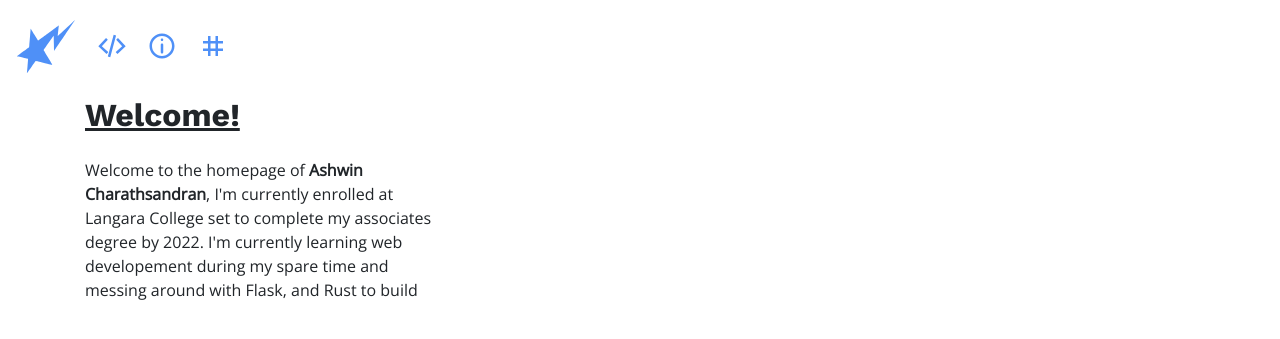
Repository: xxiz/ashwin.lol_flask
Page: http://localhost/
An editor plug-in stored every save of this project. The page is shown before and after the next save, followed by the edit.
The browser window is 1280 px wide. The pictures show the whole page.
The page is served by the project's application, run on Flask 3 (app.py).

Above is the page before, as saved 2021-08-31 17:22:27.

### templates/index.html
{% extends 'base.html'%}
{% block content %}
    <h1>Welcome!</h1>
    <p class="confined">Welcome to the homepage of <b>Ashwin Charathsandran</b>, I'm currently enrolled at Langara College set to complete my associates degree by 2022. I'm currently learning web developement during my spare time and messing around with Flask, and Rust to build </p>
{% endblock %}

### templates/base.html
<!DOCTYPE html>
<html lang="en">
<head>
    <meta charset="UTF-8">
    <meta http-equiv="X-UA-Compatible" content="IE=edge">
    <meta name="viewport" content="width=device-width, initial-scale=1.0">
    <meta name="viewport" content="width=device-width, initial-scale=1">
    <link rel="stylesheet" href="https://stackpath.bootstrapcdn.com/bootstrap/4.1.3/css/bootstrap.min.css" integrity="sha384-MCw98/SFnGE8fJT3GXwEOngsV7Zt27NXFoaoApmYm81iuXoPkFOJwJ8ERdknLPMO" crossorigin="anonymous">
    <link href='https://css.gg/home-alt.css' rel='stylesheet'>
    <link rel="stylesheet" href="static/app.css">
    <title>{{ title }}</title>
</head>
<body>
  <header>
    <nav>
      <!-- SVG's provided by https://css.gg/ and https://www.pinterest.ca/pin/502432902151236766/
           these images are not mine and I simply modified them.
      -->
      <a class="logo" href="/">
        <svg id="svg" xmlns="http://www.w3.org/2000/svg" xmlns:xlink="http://www.w3.org/1999/xlink" viewBox="0, 0, 400,400"><g id="svgg"><path id="path0" d="M375.404 43.010 C 366.024 51.806,347.525 69.114,334.297 81.472 C 321.068 93.829,303.241 110.484,294.681 118.483 C 286.121 126.482,278.911 132.820,278.658 132.567 C 278.241 132.149,284.716 69.460,285.588 65.478 C 285.791 64.550,285.639 63.790,285.251 63.790 C 284.648 63.790,260.992 80.890,237.523 98.291 C 227.623 105.631,148.371 163.243,147.334 163.854 C 146.751 164.197,138.491 151.049,123.021 125.151 C 98.113 83.455,97.570 82.612,97.546 85.580 C 97.537 86.597,97.035 93.171,96.430 100.188 C 95.824 107.205,94.649 121.220,93.817 131.332 C 92.986 141.445,91.633 157.655,90.811 167.355 C 89.989 177.054,88.915 190.160,88.425 196.477 C 87.935 202.795,87.173 208.400,86.731 208.934 C 85.375 210.573,15.246 261.837,10.457 264.690 C 7.982 266.164,6.052 267.463,6.168 267.576 C 6.284 267.690,11.276 268.981,17.261 270.446 C 58.961 280.654,79.884 285.969,80.349 286.471 C 80.645 286.792,79.104 308.161,76.923 333.959 C 74.743 359.756,73.037 380.949,73.132 381.055 C 73.227 381.161,86.102 363.134,101.743 340.997 C 117.384 318.859,130.527 300.273,130.950 299.695 C 131.591 298.819,138.848 300.405,174.490 309.212 C 232.789 323.618,241.800 325.782,242.458 325.539 C 242.770 325.423,229.838 303.377,213.719 276.548 C 197.601 249.719,184.258 227.206,184.069 226.520 C 183.768 225.431,245.875 136.802,249.908 132.565 C 251.796 130.581,252.035 135.511,252.617 188.555 C 252.883 212.805,253.310 232.629,253.567 232.609 C 253.824 232.589,259.323 224.737,265.789 215.160 C 272.254 205.584,296.196 170.394,318.994 136.961 C 341.791 103.527,364.809 69.756,370.144 61.914 C 375.479 54.071,383.015 43.011,386.889 37.336 C 390.764 31.660,393.603 27.017,393.197 27.017 C 392.792 27.017,384.785 34.214,375.404 43.010 " stroke="none" fill="#4f90f7" fill-rule="evenodd"></path></g></svg></a>
      <a href="/projects"><?xml version="1.0" encoding="UTF-8"?><svg viewBox="0 0 24 24" xmlns="http://www.w3.org/2000/svg"><path d="m13.325 3.0501-4.6576 17.382 1.9319 0.5176 4.6575-17.382-1.9318-0.51764z" fill="currentColor"/><path d="m7.612 18.361 1.3594-1.4484-5e-4 -0.0191-5.0943-4.7812 4.7904-5.1041-1.4583-1.3687-6.1591 6.5624 6.5624 6.1591z" fill="currentColor"/><path d="m16.388 18.361-1.3594-1.4484 5e-4 -0.0191 5.0943-4.7812-4.7904-5.1041 1.4583-1.3687 6.1591 6.5624-6.5624 6.1591z" fill="currentColor"/></svg></a>
      <a href=""><?xml version="1.0" encoding="UTF-8"?><svg viewBox="0 0 24 24" xmlns="http://www.w3.org/2000/svg"><path d="m11 10.979c0-0.5523 0.4477-1 1-1s1 0.44773 1 1v6c0 0.5523-0.4477 1-1 1s-1-0.4477-1-1v-6z" fill="currentColor"/><path d="m12 6.0512c-0.5523 0-1 0.44771-1 1 0 0.55228 0.4477 1 1 1s1-0.44772 1-1c0-0.55229-0.4477-1-1-1z" fill="currentColor"/><path d="m12 2c-5.5228 0-10 4.4772-10 10 0 5.5228 4.4772 10 10 10 5.5228 0 10-4.4772 10-10 0-5.5228-4.4772-10-10-10zm-8 10c0 4.4183 3.5817 8 8 8 4.4183 0 8-3.5817 8-8 0-4.4183-3.5817-8-8-8-4.4183 0-8 3.5817-8 8z" clip-rule="evenodd" fill="currentColor" fill-rule="evenodd"/></svg></a>
      <a href=""><?xml version="1.0" encoding="UTF-8"?><svg fill="none" viewBox="0 0 24 24" xmlns="http://www.w3.org/2000/svg"><path d="m8 4v4h-4v2h4v4h-4v2h4v4h2v-4h4v4h2v-4h4v-2h-4v-4h4v-2h-4v-4h-2v4h-4v-4h-2zm6 10v-4h-4v4h4z" clip-rule="evenodd" fill="currentColor" fill-rule="evenodd"/></svg></a>
    </nav>
  </header>
  <main>
    <div class="container">
      {% block content %} {% endblock %}
  </div>
  </main>
    <script src="https://code.jquery.com/jquery-3.3.1.slim.min.js" integrity="sha384-q8i/X+965DzO0rT7abK41JStQIAqVgRVzpbzo5smXKp4YfRvH+8abtTE1Pi6jizo" crossorigin="anonymous"></script>
    <script src="https://cdnjs.cloudflare.com/ajax/libs/popper.js/1.14.3/umd/popper.min.js" integrity="sha384-ZMP7rVo3mIykV+2+9J3UJ46jBk0WLaUAdn689aCwoqbBJiSnjAK/l8WvCWPIPm49" crossorigin="anonymous"></script>
    <script src="https://stackpath.bootstrapcdn.com/bootstrap/4.1.3/js/bootstrap.min.js" integrity="sha384-ChfqqxuZUCnJSK3+MXmPNIyE6ZbWh2IMqE241rYiqJxyMiZ6OW/JmZQ5stwEULTy" crossorigin="anonymous"></script>
</body>
</html>

### app.py
from flask import Flask, request
from web.content import index_page, projects_page
web = Flask(__name__)
web.config['SQLALCHEMY_TRACK_MODIFICATIONS'] = False

@web.route('/')
def index():
    return index_page()

@web.route('/projects')
def projects():
    return projects_page()

### web/content.py
from flask import render_template
import json

# Page Content
prefix = "Ashwin Charathsandran — "

# Meta Tags
preview_message = ""
preview_title = ""
preview_image = ""

with open('web/projects.json', 'r') as file:
    projects = json.load(file)

def index_page():
    return render_template('index.html',
    title = prefix + "Welcome!",
    preview_title = preview_title,
    preview_image = preview_image,
    preview_message = preview_message)

def projects_page():
    return render_template('projects.html',
    title = prefix + "Projects",
    items = projects,
    preview_title = preview_title,
    preview_image = preview_image,
    preview_message = preview_message)

### web/projects.json
[
        {
            "title": "Vernon",
            "description": "Quality-focused reboot composite",
            "image_url": "http://placeimg.com/640/480"
        },
        {
            "title": "Nolan",
            "description": "Multi-layered firmware",
            "image_url": "http://placeimg.com/640/480"
        },
        {
            "title": "Reyes",
            "description": "array national",
            "image_url": "http://placeimg.com/640/480"
        }
]

### static/app.css
@import url('https://fonts.googleapis.com/css2?family=Work+Sans:wght@400;700&display=swap');
@import url('https://fonts.googleapis.com/css2?family=Open+Sans&display=swap');

:root {
    --blue: #4f90f7;
    --red: #d93434;
}

h1 {
    font-family: 'Work Sans', sans-serif;
    font-weight: 700;
    padding-bottom: 0.5em; padding-top: 0.5em;
    text-decoration: underline;
    font-size: 32px;
}

p {
    font-family: 'Open Sans', sans-serif;
    font-weight: 400;
}

.confined {
    width: 350px;
}

a {
    text-decoration: none;
    color: var(--blue);
}

a:hover {
    animation: hover-effect 1s infinite linear;
}

.card {
    margin-bottom: 1.5em;
}

.description {
    padding-bottom: 0.5em;
    font-size: 18px;
}
nav {
    padding: 1em;
    overflow: hidden;
    position: fixed;
    top: 0;
    width: 100%;
}

nav a svg {
    width: 30px;
}

.navbar-logo {
    margin-right: 50px;
    width: 60px;
}

.nav-item {
    font-weight: 700;
}
main {
    padding-top: 80px;
}

.logo svg {
    width: 60px;
}

nav a  {
    padding-right: 1em;
}
@keyframes hover-effect {
    0% {
        color: var(--blue);
    }
    50% {
        color: var(--red);

    }
    100% {
        color: var(--blue);
    }
}

After the next save:
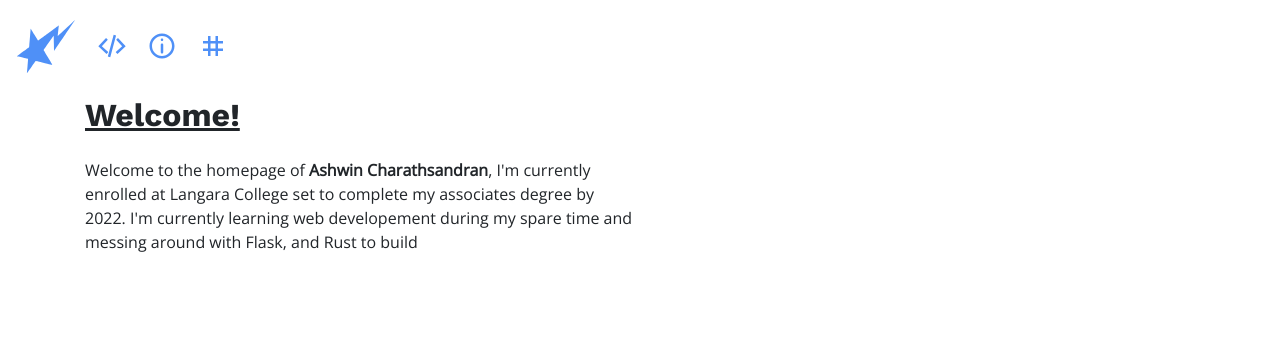
Saved 6 s later.
--- a/static/app.css
+++ b/static/app.css
@@ -20,7 +20,7 @@ p {
 }
 
 .confined {
-    width: 350px;
+    width: 550px;
 }
 
 a {
